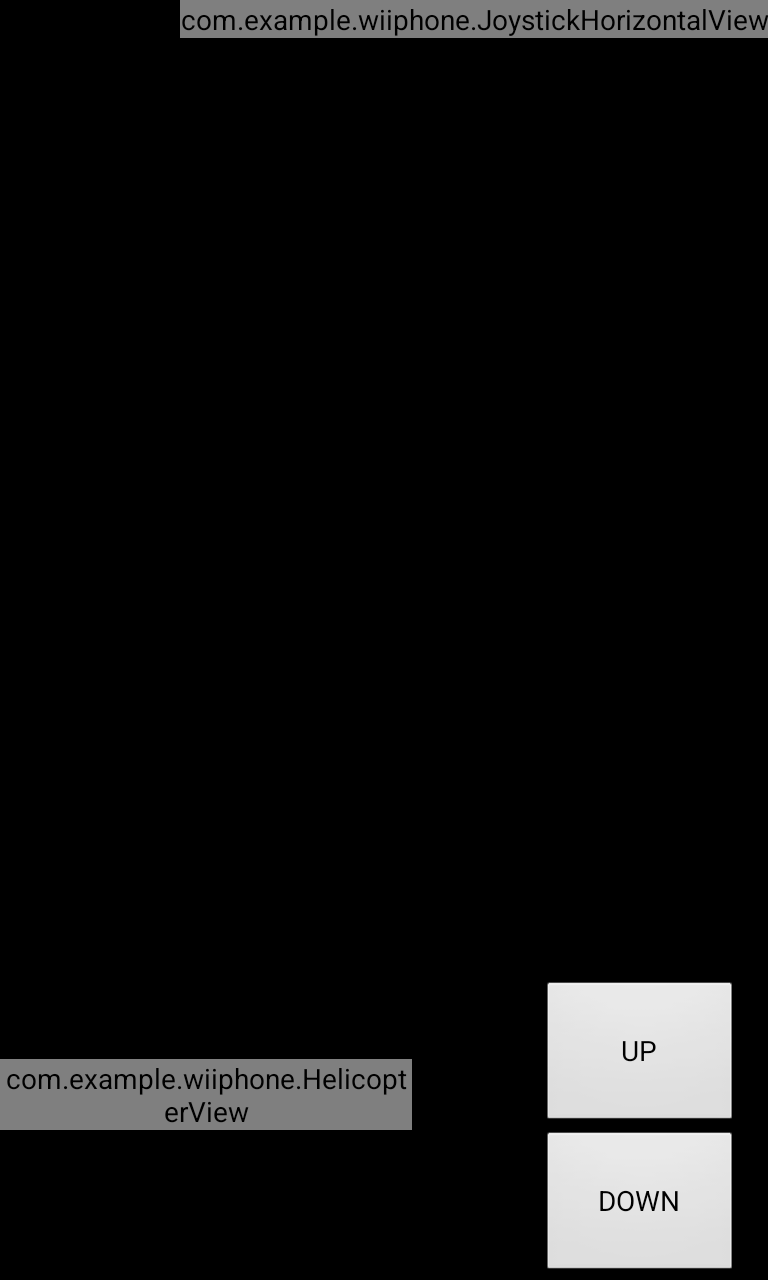
Repository: Malow/PhoneGame
Layout: Android/WiiPhone/res/layout/helicopter_main.xml
The author's editor kept a copy of each file at every save. The layout is drawn from the files as they stood at one save, then again after a run of saves.
Pictures or frames that could not be fetched are drawn as grey boxes. It is drawn on a 768 x 1280 px phone screen (xhdpi) without system bars, with theme android:Theme.NoTitleBar.Fullscreen; the app's code is not run.

Above is the layout before, as saved 2013-04-22 14:16:58.

After the next 2 saves:
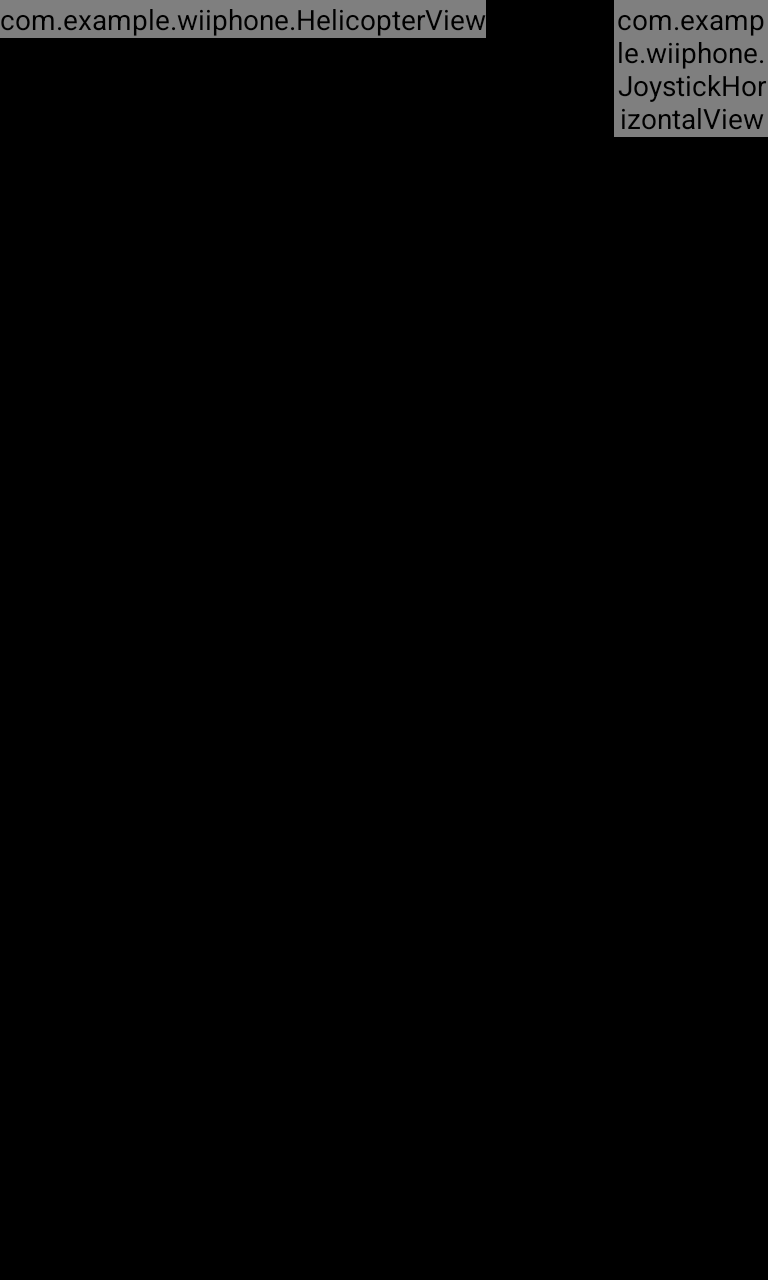
The 2 saves are shown as one change because 1 did not build or start.
The last was saved 2 min 11 s later.
--- a/Android/WiiPhone/res/layout/helicopter_main.xml
+++ b/Android/WiiPhone/res/layout/helicopter_main.xml
@@ -1,42 +1,35 @@
 <?xml version="1.0" encoding="utf-8"?>
-<RelativeLayout xmlns:android="http://schemas.android.com/apk/res/android"
+<LinearLayout xmlns:android="http://schemas.android.com/apk/res/android"
     android:layout_width="fill_parent"
     android:layout_height="fill_parent"
     android:orientation="horizontal" >
 
-    <com.example.wiiphone.JoystickHorizontalView
-        android:id="@+id/joyview"
-        android:layout_width="wrap_content"
-        android:layout_height="wrap_content"
-        android:layout_alignParentRight="true" />
+        <com.example.wiiphone.HelicopterView
+            android:id="@+id/helicopterview"
+            android:layout_width="wrap_content"
+            android:layout_height="wrap_content"
+            android:layout_marginRight="64dp" />
 
-    <Button
-        android:id="@+id/button1"
-        android:layout_width="wrap_content"
-        android:layout_height="wrap_content"
-        android:layout_alignParentBottom="true"
-        android:layout_alignParentRight="true"
-        android:layout_marginRight="14dp"
-        android:height="75dp"
-        android:text="@string/button_down"
-        android:width="100dp" />
+        <com.example.wiiphone.JoystickHorizontalView
+            android:id="@+id/joyview"
+            android:layout_width="wrap_content"
+            android:layout_height="wrap_content" />
 
-    <Button
-        android:id="@+id/button2"
-        android:layout_width="wrap_content"
-        android:layout_height="wrap_content"
-        android:layout_above="@+id/button1"
-        android:layout_alignLeft="@+id/button1"
-        android:height="75dp"
-        android:text="@string/button_up"
-        android:width="100dp" />
+        <Button
+            android:id="@+id/button1"
+            android:layout_width="wrap_content"
+            android:layout_height="wrap_content"
+            android:layout_marginRight="14dp"
+            android:height="75dp"
+            android:text="@string/button_down"
+            android:width="100dp" />
 
-    <com.example.wiiphone.HelicopterView
-        android:id="@+id/helicopterview"
-        android:layout_width="wrap_content"
-        android:layout_height="wrap_content"
-        android:layout_alignBottom="@+id/button2"
-        android:layout_marginRight="64dp"
-        android:layout_toLeftOf="@+id/button2" />
+        <Button
+            android:id="@+id/button2"
+            android:layout_width="wrap_content"
+            android:layout_height="wrap_content"
+            android:height="75dp"
+            android:text="@string/button_up"
+            android:width="100dp" />
 
-</RelativeLayout>
+</LinearLayout>
